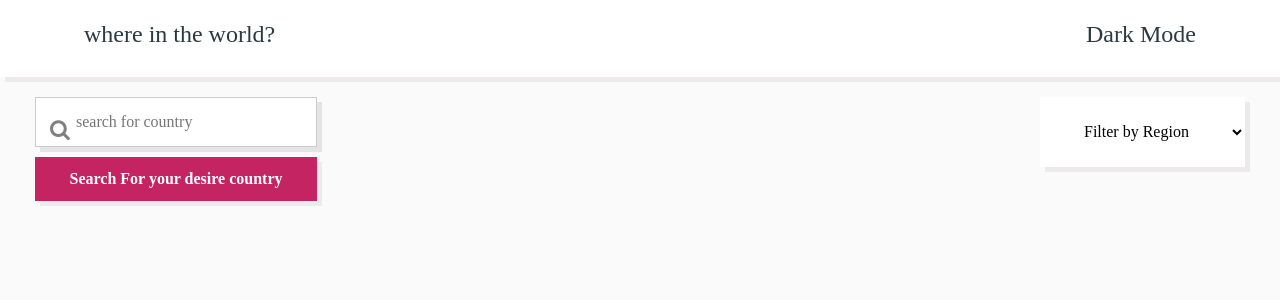
Repository: lamilekan263/countries
Page: /
An editor plug-in stored every save of this project. The page is shown before and after the next save, followed by the edit.
The browser window is 1280 px wide. The pictures show the whole page.
The page's requests for data from a server got no answer. The project was rebuilt for these pictures with package versions that can differ from the ones it lists, and the page was loaded fresh each time. No one was signed in, and anything a server would have sent is missing. Also part of the build but not shown: src/components/country/country.css, src/components/country/country.jsx, src/components/selectCountryRegion/selectCountryRegion.styles.css.

Above is the page before, as saved 2020-07-30 16:55:00.

### src/index.js
import React from 'react';
import ReactDOM from 'react-dom';
import 'bootstrap/dist/css/bootstrap.css'
import App from './App';
import './App.css'

ReactDOM.render(
  <React.StrictMode>
    <App />
  </React.StrictMode>,
  document.getElementById('root')
);

// If you want your app to work offline and load faster, you can change
// unregister() to register() below. Note this comes with some pitfalls.
// Learn more about service workers: https://bit.ly/CRA-PWA
if(module.hot){
  module.hot.accept()
}

### src/App.js
import React, {Component} from 'react';
import NavBar from './components/Navbar/navBar.component'
import CountryList from './components/country-list/country-list.component'
import MyForm from './components/form.component/form.component'

class App extends Component {
  constructor(){
    super();
    this.state={
      countries :[


      ],
      searchValue : ''

      }
  }
    componentDidMount(){
    fetch('https://restcountries.eu/rest/v2/all')
    .then(response => response.json())
    .then(countries => console.log(countries))
  }

  handleCountry = e =>{
    this.setState({searchValue : e.target.value})
    console.log(e)

  }

  render() {
    const {countries, searchValue} = this.state
    const filteredCountries = countries.filter(country => country.name.toLowerCase().includes(searchValue.toLowerCase()))
    return (
      <div>
        <NavBar  />
        <MyForm handleChange ={this.handleCountry}/>
          <CountryList countries = {filteredCountries} />


      </div>
    );
  }
}

export default App;

### src/components/Navbar/navBar.component.jsx
import React  from 'react';
import '../Navbar/navbar.styles.css'
const NavBar = () => {
    return (
        <nav >
            <div className="myContainer" id="nav-flex">
                <div>
                    <h1 >where in the world?</h1>
                </div>
                <div>
                    <h1>Dark Mode</h1>
                </div>
            </div>
        </nav>
     );
}

export default NavBar;

### src/components/country-list/country-list.component.jsx
import React from 'react';
import Country from '../country/country'
import './country-list.styles.css'
const CountryList = props => {
    return (
        <div className="country-list container-fluid">
                    <div className="flex-country">
                        {
                            props.countries.map((country,index) => (
                                    <Country key={ index } country ={country}/>
                                    ))
                                }
                    </div>
        </div>
     );
}

export default CountryList;

### src/components/form.component/form.component.jsx
import React, { useState } from 'react';
import Input from "../input.component/input.component"
import SelectDropDownByRegion from '../selectCountryRegion/selectCountryRegion.component'
import './form.styles.css';




const MyForm =props =>{
    const [text, textState] = useState('')
    const onChange = e => textState(e.target.value);

    const onSubmit = e =>{
        e.preventDefault();

    }

    return(
        <div className="container-fluid">
            <form className="myForm" onSubmit = {onSubmit}>
                <div>
                    <Input onHandleChange={props.handleChange}/>
                    <button>Search For your desire country</button>
                 </div>
                <SelectDropDownByRegion />

            </form>

        </div>
    );
}


export default MyForm

### src/components/Navbar/navbar.styles.css

nav{
    background-color:white;
    color:hsl(209, 23%, 22%);
    box-shadow: 5px 5px rgb(236, 234, 234);
    /* position: fixed; /* Set the navbar to fixed position */
    /* top: 0px;
    overflow: hidden;
    z-index:1; */
    width:100%;

}

h1{
    font-size:1.5em;
}
#nav-flex{
    display:flex;
    justify-content: space-between;
    padding:20px;
}
.myContainer{
    width:90%;
    margin:0 auto;
    overflow:hidden;
}

### src/components/country-list/country-list.styles.css

.country-list{
    padding:0% 7%;
    margin:150px 0 20px;


}
@media(min-width:750px){
    .flex-country{
        display:flex;
        flex-wrap:wrap;
        justify-content: space-around;
    }
}

### src/components/input.component/input.component.jsx
import React from 'react';

import './input.styles.css'


const Input = props =>(
    <div className="fontuser">
            <input type="text"
                    placeholder="search for country"
                     required />
            <i className="fa fa-search fa-lg" >{props.onHandleChange}</i>
    </div>
)

export default Input;

### src/components/selectCountryRegion/selectCountryRegion.component.jsx
import React from 'react';

import './selectCountryRegion.styles.css'

const SelectDropDownByRegion = () =>(
    <div>
        <select name="Filter by Region">
                        <option value="">Filter by Region</option>
                        <option value="Africa">Africa</option>
                        <option value="Americas">Americas</option>
                        <option value="Asia">Asia</option>
                        <option value="Europe">Europe</option>
                        <option value="Oceania">Oceania</option>
        </select>
     </div>
)


export default SelectDropDownByRegion

### src/components/form.component/form.styles.css
.myForm{
    position: relative;
    top:30;
    left:10;
    display: flex;
    flex-direction: row;
    justify-content: space-between;
    margin:20px;
}
@media(max-width:740px){
    .myForm{
        flex-direction: column;
    }
}

button{
    margin:10px 0;
    width:100%;
    border: none;
    background-color: rgb(196, 36, 97);
    color:white;
    padding:10px;
    font-weight: 700;
    font-size:1rem;
    box-shadow:5px 5px rgb(236, 234, 234);
}
select{
    padding: 12px 40px;
    height:70px;
    border: none;
    background-color: #fff;
    box-shadow:5px 5px rgb(236, 234, 234);
}
select ::after{
    color:red;
}

### src/components/input.component/input.styles.css
input{
    width:100%;
    border:none;
    box-shadow:5px 5px rgb(228, 228, 228);
    padding: 12px 40px;
    display: inline-block;
    border: 1px solid #ccc;
    box-sizing: border-box;
}
input :active{
    border: 1px solid red;

}
i{
    position: absolute;
    left: 15px;
    top: 25px;
    color: gray;
}

Loaded but not shown: public/index.html (common file); src/App.css (common file)

After the next save:
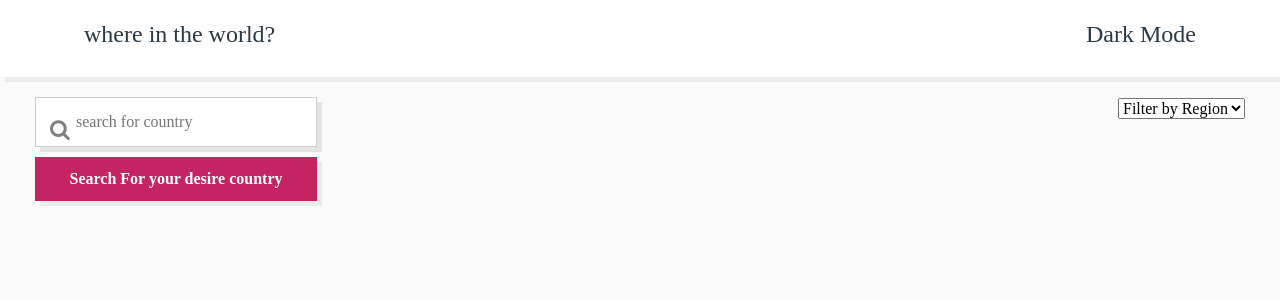
Saved 45 s later.
--- a/src/components/form.component/form.styles.css
+++ b/src/components/form.component/form.styles.css
@@ -24,13 +24,3 @@
     font-size:1rem;
     box-shadow:5px 5px rgb(236, 234, 234);
 }
-select{
-    padding: 12px 40px;
-    height:70px;
-    border: none;
-    background-color: #fff;
-    box-shadow:5px 5px rgb(236, 234, 234);
-}
-select ::after{
-    color:red;
-}
